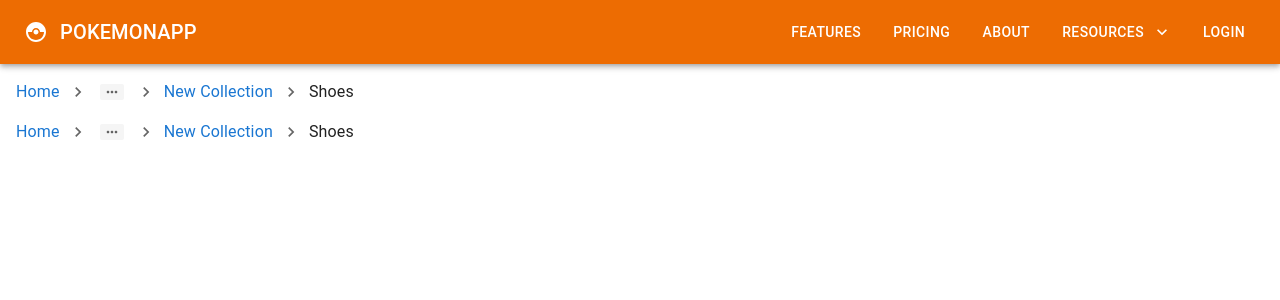
Repository: janidulnkg1/react-mui
Page: / (app in mui-demo/)
These files come from the project's save history. The page is drawn as it stood at one moment and after the next save; the edit follows.
The browser window is 1280 px wide. The pictures show the whole page.
The project was rebuilt for these pictures with package versions that can differ from the ones it lists, and the page was loaded fresh each time.

Above is the page before, as saved 2023-11-13 11:15:49.

After the next save:
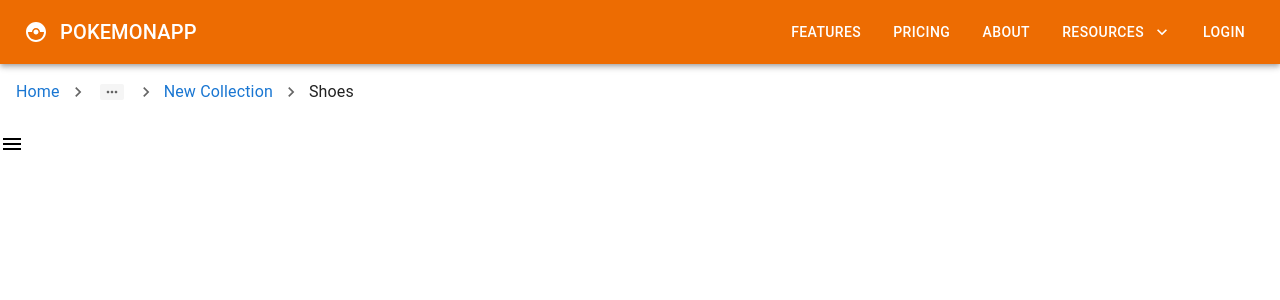
Saved 4 s later.
--- a/mui-demo/src/App.tsx
+++ b/mui-demo/src/App.tsx
@@ -15,6 +15,7 @@ import './App.css';
 import { MuiNavbar } from './components/MuiNavbar';
 //import { MuiLink} from './components/MuiLink';
 import { MuiBreadcrumbs } from './components/MuiBreadcrumbs';
+import { MuiDrawer } from './components/MuiDrawer';
 
 
 
@@ -39,7 +40,7 @@ function App() {
       <MuiNavbar />
       {/*MuiLink */}
       <MuiBreadcrumbs />
-      <MuiBreadcrumbs />
+      <MuiDrawer />
     </div>
   );
 }
